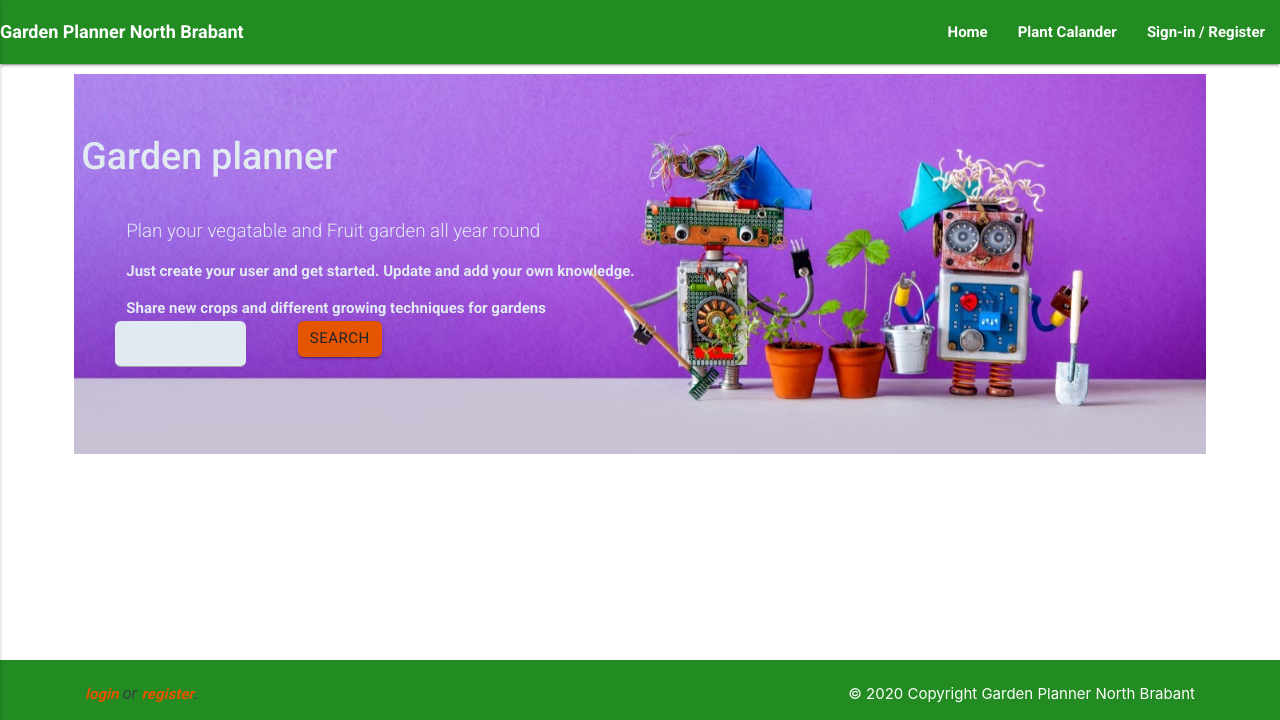
Repository: Lemoenskil/Milestone_project_3_Garden_planner
Page: http://localhost/
The author's editor kept a record of every edit. The page is drawn from the files as they stood at one moment, then again after the next edit.
The browser window is 1280 px wide. The pictures show the whole page.
Some web libraries are served in a nearby version. The page is served by the project's application, run on Flask 3 (app.py). Other server files are loaded and not shown. Queries for data that is not in the repository find no rows.

Above is the page before.

### templates/plant_records.html
{% extends "base.html" %}
{% block content %}

<div class="row justify-content-center image">
  <div class="jumbotron jumbotron-fluid text-left ml-2  font-weight-bold">
    <h1 class="display-6">Garden planner</h1>
    <div class="col-lg-6 col-sm-12 col-md-8 my-5 containter-fluid float-left">
      <p class="lead">Plan your vegatable and Fruit garden all year round</p>
      <p>Just create your user and get started. Update and add your own knowledge.</p>
      <p>Share new crops and different growing techniques for gardens </p>
      <p>in North Brabant.</p>
    </div>

    <div class="row container-fluid inner">
      <form class="col-lg-6 nopadding" id="search-site" action="{{ url_for('search') }}" ' method='get '>
        <div class="input-group mt-5 col-8 nopadding">
          <div class="col-6 float-right nopadding">
          <button type="submit" class="input-group-addon btn search_btn">search</button>
          </div>
          <div class="col-6 float-left nopadding">
          <label><input id="search" type="search" name='query' class="col-9 nopadding search_box"></label>
          </div>
        </div>
      </form>
    </div>
  </div>
</div>

<div class="row text-center justify-content-center">
  {% for plant in plants%}
    <a href="{{url_for('view_plant', plant_id=plant._id)}}" class="card col-md-4 col-lg-3 mt-5 col-sm-12 col-xl-3" >
      <img src="{{plant.picture_link}}" class="card-img-top" alt="Responsive image" class="img-thumbnail">
      <div class="card-body">
         <h5 class="card-title">{{plant.plant_name}}</h5>
      </div>
    </a>
  {%endfor%}
</div>

<div>
  <div aria-label="" class="card-sm">
    <ul class="pagination justify-content-center">
      {% if page > 1 %}
      <li class="page-item">
        <a class="page-link" href="{{url_for('get_plant_record', page=page-1)}}" aria-label="Previous">
          <span aria-hidden="true">&laquo;</span>
          <span class="sr-only">Previous</span>
        </a>
      </li>
      {% endif %}
      {% for pagenum in pages %}
        {% if pagenum == page %}
          <li class="page-item active" aria-current="page">
        <a class="page-link" href="#">{{ pagenum }}<span class="sr-only">(current)</span></a> {% else %}
        <li class="page-item">
          <a class="page-link" href="{{url_for('get_plant_record', page=pagenum)}}">{{ pagenum }}</a></li>
        {% endif %}
      {% endfor %}
      {% if page < total %}
        <li class="page-item">
          <a class="page-link" href="{{url_for('get_plant_record', page=page+1)}}" aria-label="Next">
            <span aria-hidden="true">&raquo;</span>
            <span class="sr-only">Next</span>
          </a>
        </li>
      {% endif %}
    </ul>
  </div>
</div>

{% endblock %}

### templates/base.html
<!DOCTYPE html>
<html lang="en">
<head>
    <meta charset="UTF-8">
    <meta name="viewport" content="width=device-width, initial-scale=1.0">
    <meta http-equiv="X-UA-Compatible" content="ie=edge">
    <link href="https://fonts.googleapis.com/icon?family=Material+Icons" rel="stylesheet">
    <link rel="stylesheet" href="https://cdnjs.cloudflare.com/ajax/libs/materialize/0.100.2/css/materialize.min.css">
    <link href="https://stackpath.bootstrapcdn.com/bootstrap/4.4.1/css/bootstrap.min.css" rel="stylesheet" integrity="sha384-Vkoo8x4CGsO3+Hhxv8T/Q5PaXtkKtu6ug5TOeNV6gBiFeWPGFN9MuhOf23Q9Ifjh" crossorigin="anonymous">
    <link rel="stylesheet" href="{{url_for('static', filename='css/style.css')}}" type="text/css" />
    <title>Garden Planner</title>
</head>
<body>
    <header>

        <!-- Dropdown Structure -->
        <ul id="dropdown1" class="dropdown-content">
            <li><a href="#" ><i class="tiny material-icons left">account_circle</i> {{session['username']}}</a></li>
            <li><a href="{{url_for('logout')}}">Log off</a></li>
        </ul>


        <nav>
            <div class="nav-wrapper">
                <a href="{{url_for('get_plant_record')}}" class="brand-logo hide-on-small-only">Garden Planner North Brabant</a>
                <a href="{{url_for('get_plant_record')}}" data-activates="mobile" class="button-collapse"><i class="material-icons">menu</i></a>
                <ul class="right hide-on-med-and-down">
                    <li><a href="{{url_for('get_plant_record')}}">Home</a></li>
                    <li><a href="{{url_for('list_plant')}}">Plant Calander</a></li>
                {% if 'username' not in session %}
                    <li><a href="{{url_for('login')}}">Sign-in / Register</a></li>
                {% else %}
                    <li><a href="{{url_for('add_plant')}}">New Plant</a></li>
                    <li><a href='#' data-activates='dropdown1' class="dropdown-button">
                        <i class="small material-icons left">account_circle</i> {{session['username']}}</a>
                    </li>
                {% endif %}
                </ul>
                <ul class="side-nav" id="mobile">
                    <li><a href="{{url_for('get_plant_record')}}">Home</a></li>
                    <li><a href="{{url_for('add_plant')}}">New Plant</a></li>
                    <li><a href="{{url_for('list_plant')}}">Plant Calander</a></li>
                {% if 'username' not in session %}
                    <li><a href="{{url_for('login')}}">Sign-in / Register</a></li>
                {% else %}
                   <li><a href="{{url_for('add_plant')}}">New Plant</a></li>
                    <li><a href='#' data-activates='dropdown1' class="dropdown-button">
                        <i class="small material-icons left">account_circle</i> {{session['username']}}</a>
                    </li>
                {% endif %}

                </ul>
            </div>
        </nav>



    </header>

    <main class="container">
        {% block content %}{% endblock %}

    </main>

    <footer class="page-footer">
        <div class="container" class="footer-copyright">
            <br>
            {% if 'username' not in session %}
            <p class="text-dark font-italic bg-transparent float-left">
                <a href="{{ url_for('login') }}">login</a>
                 or
                <a href="{{ url_for('register_new_user') }}">register</a>.
            </p>
            {% else %}
            {% endif %}
            <p class=float-right> © 2020 Copyright Garden Planner North Brabant</p>
        </div>
    </footer>

    <script src="https://code.jquery.com/jquery-3.4.1.slim.min.js" integrity="sha384-J6qa4849blE2+poT4WnyKhv5vZF5SrPo0iEjwBvKU7imGFAV0wwj1yYfoRSJoZ+n" crossorigin="anonymous"></script>
    <script src="https://cdnjs.cloudflare.com/ajax/libs/jquery/3.2.1/jquery.min.js"></script>
    <script src="https://maxcdn.bootstrapcdn.com/bootstrap/4.1.1/js/bootstrap.min.js"></script>
    <script src="https://cdnjs.cloudflare.com/ajax/libs/materialize/0.100.2/js/materialize.min.js"></script>
    <script type="text/javascript">
        $(document).ready(function() {
            $(".button-collapse").sideNav();
            $(".dropdown-button").dropdown();

        });
        $('#myModal').on('shown.bs.modal', function () {
             $('#myInput').trigger('focus')
        });
    </script>
</body>

</html>

### app.py
import os
from flask import Flask, render_template, redirect, abort, request, url_for, session, flash
from flask_pymongo import PyMongo
from form import LoginForm, RegisterForm
from bson.objectid import ObjectId
import math
import re
import bcrypt



app = Flask ("----name----")
app.config["MONGO_DBNAME"] = 'garden_planner'
app.config["MONGO_URI"] = 'mongodb+srv://CP3O:iYmkh8QOgi2fhu2y@lemoenskil-4vjdx.mongodb.net/garden_planner?retryWrites=true&w=majority'

# Set the secret key to some random bytes. Keep this really secret!
app.secret_key = os.environ.get('SECRET_KEY') or 'y6rdh777y685hf67gk9786j65g9h*&^^*(^'

plants_per_page = 6

mongo = PyMongo(app)

@app.route('/')
@app.route('/plant_records')
def get_plant_record():
    page_number = int(request.args.get('page', 1))
    plants_to_skip = (page_number - 1) * plants_per_page
    plant_count = mongo.db.plant_data.count({})
    page_count = int(math.ceil(plant_count / plants_per_page))
    page_numbers = range(1, page_count + 1)
    plants_on_page = mongo.db.plant_data.find().skip(plants_to_skip).limit(plants_per_page)
    return render_template("plant_records.html", title="Home", plants=plants_on_page, page=page_number, pages=page_numbers, total=page_count)

@app.route('/register', methods=['GET', 'POST'])
def register_new_user():
    """Registers a new user"""
    form = RegisterForm(request.form)
    if form.validate_on_submit():
        all_existing_users = mongo.db.user_data
        found_user = all_existing_users.find_one({
            'name': request.form['username']
        })

        if found_user:
            flash(f"Username `{request.form['username']}` is already taken. Please try a different username.")
        else:
            # Convert password to hash to prevent password leakage should we get hacked
            hashed_password = bcrypt.hashpw(
                request.form['password'].encode('utf-8'),
                bcrypt.gensalt()
            )
            all_existing_users.insert_one({
                'name': request.form['username'],
                'password': hashed_password,
                'email': request.form['email']
            })
            # User successfully registered, so treat the user as logged in.
            session['username'] = request.form['username']
            return redirect(url_for('get_plant_record'))
    return render_template('register.html', title='Register', form=form)


@app.route('/login', methods=['GET', 'POST'])
def login():
    """Logs the user in"""
    if session.get('logged_in') is True:
        return redirect(url_for('get_plant_record', title="Sign In"))

    form = LoginForm()

    if form.validate_on_submit():
        all_existing_users = mongo.db.user_data
        found_user = all_existing_users.find_one({
            'name': request.form['username']
        })

        if found_user:
            password_matches = bcrypt.checkpw(
                request.form['password'].encode('utf-8'),
                found_user['password']
            )
            if password_matches:
                # Successful log-in: Store and redirect
                session['username'] = request.form['username']
                session['logged_in'] = True
                return redirect(url_for('get_plant_record', title="Sign In", form=form))
            flash('Invalid username / password combination')
    return render_template("login.html", title="Sign In", form=form)

@app.route('/logout')
def logout():
    """Logs the user out"""
    session.clear()
    return redirect(url_for('get_plant_record'))


@app.route('/list_plant')
def list_plant():
    return render_template("list_plant.html", plants=mongo.db.plant_data.find())

@app.route('/view_plant/<plant_id>')
def view_plant(plant_id):
    """Shows full plant details"""
    mongo.db.plant_data.find_one(
        {'_id': ObjectId(plant_id)},
    )
    plant_db = mongo.db.plant_data.find_one_or_404({'_id': ObjectId(plant_id)})
    return render_template("view_plant.html", plant=plant_db)

@app.route('/add_plant')
def add_plant():
    if 'username' not in session:
        return redirect(url_for('login'))
    return render_template("add_plant.html")

@app.route('/insert_plant', methods=['POST'])
def insert_plant():
    if 'username' not in session:
        abort(401)
    plants = mongo.db.plant_data
    plants.insert_one(convert_form_to_plant_data(request.form))
    return redirect(url_for('get_plant_record'))

@app.route('/update_plant/<plant_id>')
def update_plant(plant_id):
    if 'username' not in session:
        return redirect(url_for('login'))
    plants =  mongo.db.plant_data.find_one({"_id": ObjectId(plant_id)})
    return render_template('update_plant.html', plant=plants)

def convert_form_to_plant_data(form):
    value_sowing_under_glass = [ month for month in range(1, 13) if f"sowing-under-glass-{month}" in form ]
    value_outside_seeding = [ month for month in range(1, 13) if f"outside-seeding-{month}" in form ]
    value_harvest = [ month for month in range(1, 13) if f"harvest-{month}" in form ]
    return {
        'plant_name':form.get('plant_name'),
        'picture_link':form.get('picture_link'),
        'crop_group': form.get('crop_group'),
        'crop_family': form.get('crop_family'),
        'soil':form.get('soil'),
        'frost_tolerant':form.get('frost_tolerant'),
        'position':form.get('position'),
        'feeding':form.get('feeding'),
        'companions':form.get('companions'),
        'spacing':form.get('spacing'),
        'Sow_and_Plant':form.get('Sow_and_Plant'),
        'Harvesting':form.get('Harvesting'),
        'Pests':form.get('Pests'),
        'Note':form.get('Note'),
        'value_sowing_under_glass':value_sowing_under_glass,
        'value_outside_seeding':value_outside_seeding,
        'value_harvest':value_harvest,
    }

@app.route('/edit_plant/<plant_id>', methods=["POST"])
def edit_plant(plant_id):
    print("whapsie")
    if 'username' not in session:
        abort(401)
    plants = mongo.db.plant_data
    plants.update( {'_id': ObjectId(plant_id)}, convert_form_to_plant_data(request.form))
    return redirect(url_for('get_plant_record'))

@app.route('/delete_plant/<plant_id>')
def delete_plant(plant_id):
    print("oopsie")
    if 'username' not in session:
        abort(401)
    mongo.db.plant_data.remove({'_id': ObjectId(plant_id)})
    return redirect(url_for('get_plant_record'))

@app.route('/search')
def search():
    """Provides logic for search bar"""
    query_A = request.args['query'].strip()
    regx = re.compile(f".*{query_A}.*", re.IGNORECASE)
    query = {'$regex': regx }
    results = mongo.db.plant_data.find({
        '$or': [
            {'plant_name': query},
            {'Note': query},
            {'crop_group': query},
        ]
    })
    return render_template('search_results.html', query=query_A, results=results)

if __name__ == '__main__':
    app.run(host=os.environ.get('IP'),
            port=int(os.environ.get('PORT')),
            debug=True)

### static/css/style.css
@import url('https://fonts.googleapis.com/css?family=Roboto:100,200,300,400,500,600,700|Anton:300,400,500|Maven Pro:100,200,300,400,500,600,700');

body {
  display: flex;
  min-height: 100vh;
  flex-direction: column;
}

main {
  flex: 1 0 auto;
}

a{
    color: #E55500;
    font-family: Roboto;
    font-weight: 800!important;
}
a:hover{
    color: #001660;
    font-family: Roboto;
    font-weight: 600!important;
}


.container {
    overflow: auto;
}

.nopadding {
   padding: 0 !important;
   margin: 0 !important;
}



/*------------------------------------------------------------------Navbar------------- */

nav .brand-logo{
    font-size: 1.2rem!important;

}

.nav-wrapper{
    background-color: forestgreen;
    font-family: Roboto!important;
    font-weight: 700;

}

/*------------------------------------------------------------------Jumbothron------------- */

.jumbotron {
    background-color: transparent;
    width: 100%;
    font-family: Roboto!important;
    font-weight: 700;
    color: #E1EAF1;
}

.image{
    margin-top: 10px;
    background-image:url("/static/images/gardeners.gif");
    background-size: cover;
}


.inner{
    margin-top:70px ;
    }


.disp_search_out{
    position: relative;
}

.disp_search_in{
    display: inline-block;
}


.search_box{
    background-color: #E1EAF1!important;
    border-radius: 6px!important;
}

.search_btn{
    background-color: #E55500!important;
    border-radius: 6px!important;
}


/*------------------------------------------------------------------Main_Cards_pagintate------------- */


.card{
  width: 100%;
}

.mt-5, .my-5 {
    margin: 2rem!important;
}


.page-item.active .page-link{
    background-color: forestgreen;
}

.page-item.active .page-link{
    z-index: 0!important;
}

.btn:hover {
    background-color:forestgreen!important;
}


.card-title{
    color: #E55500;
    font-family: Roboto;
    font-weight: 800!important;
}

.card-img-top{
    width: 100%;
    min-height: 300px;
    object-fit: cover;
}

.card-sm{
  margin-bottom: 50px;
}

/*------------------------------------------------------------------Footer------------- */
.page-footer{
    left: 0;
    bottom: 0;
    width: 100%;
    background-color: forestgreen;
    color: white;
    text-align: center;
    padding: 0px;
}


/*------------------------------------------------------------------Forms------------- */

.form-control-borderless {
    border: none;
}

.form-control-borderless:hover, .form-control-borderless:active, .form-control-borderless:focus {
    border: none;
    outline: none;
    box-shadow: none;
}


.align-items-center{
    margin: 0px!important;
}

.under-glass{
    background-color: yellow;
}
.outside-seeding {
    background-color: orange;
}

.harvest{
    background-color: green;
}
.header-edit-form{
    text-align: center;
}

.list_headings{
    color: #d8e332!important;
}


.input-group{
  display:table;
  width:100%;
}
.input-group .input-field,
.input-group .input-group-addon{
  display:table-cell;
}

.fixed-action-btn{
    right:6%;
    bottom:6%;
}

/*------------------------------------------------------------------Modal------------- */

.modal{
    background-color: transparent;
    max-height: 100%;
}

.modal .modal-footer{
    background-color: transparent;
}



/*------------------------------------------------------------------Media Queries------------- */

@media(min-width: 450px){
    .inner{
   position:absolute;
   bottom: 0;
    }
   .jumbotron{
    position:relative;
    height: 350px;
   }

}

@media(min-width: 1020px){
    .container{
        overflow: hidden!important;
    }
    .fixed-action-btn{
    right:15%!important;
    bottom:15%!important;
    }
    .btn-floating.btn-large{
        width: 65px;
        height: 65px;
    }
}

After the next edit:
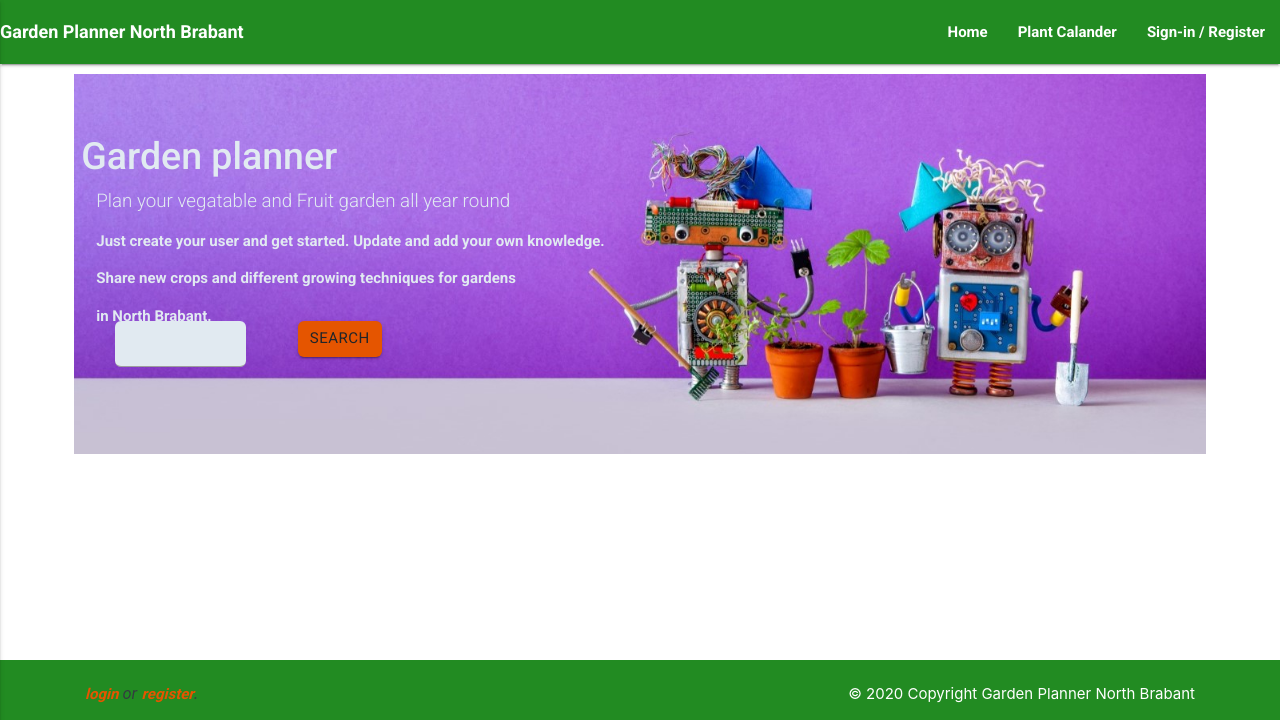
The edit:
--- a/templates/plant_records.html
+++ b/templates/plant_records.html
@@ -4,7 +4,7 @@
 <div class="row justify-content-center image">
   <div class="jumbotron jumbotron-fluid text-left ml-2  font-weight-bold">
     <h1 class="display-6">Garden planner</h1>
-    <div class="col-lg-6 col-sm-12 col-md-8 my-5 containter-fluid float-left">
+    <div class="col-lg-6 col-sm-12 col-md-8 containter-fluid float-left">
       <p class="lead">Plan your vegatable and Fruit garden all year round</p>
       <p>Just create your user and get started. Update and add your own knowledge.</p>
       <p>Share new crops and different growing techniques for gardens </p>
